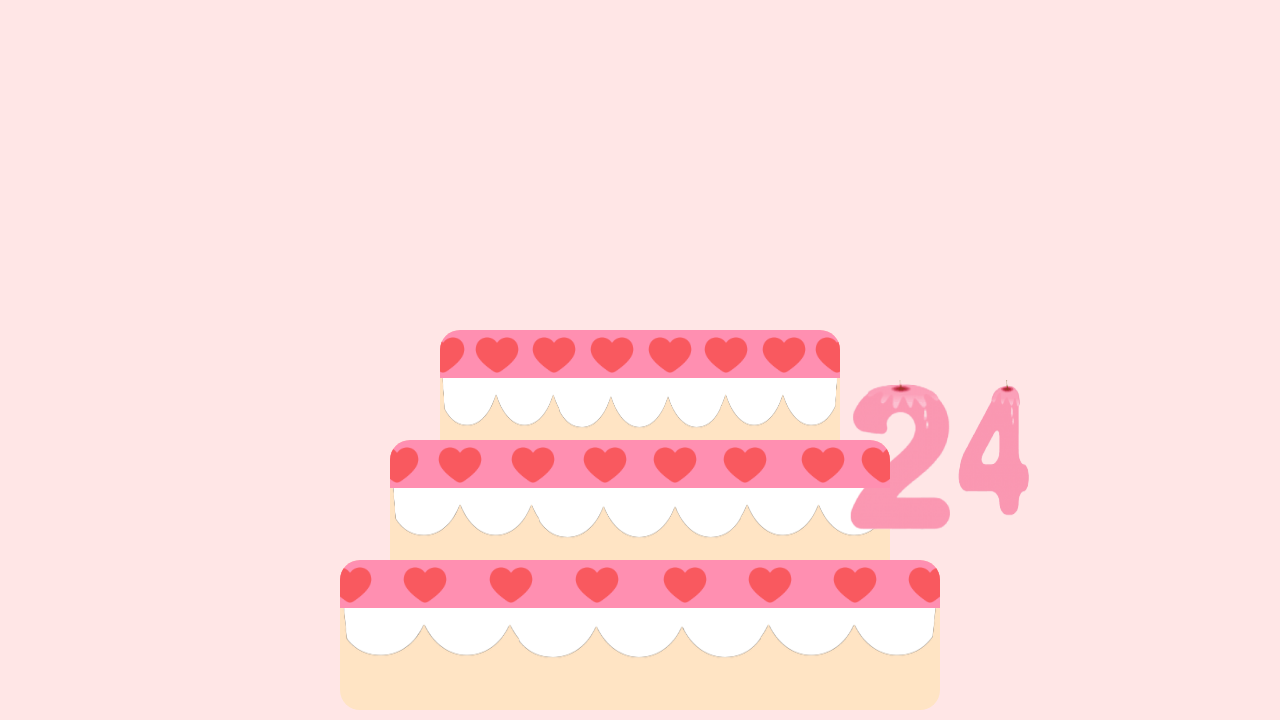
Repository: iphoneboy46/happybirthday
Page: index.html
These files come from the project's save history. The page is drawn as it stood at one moment and after the next save; the edit follows.
The browser window is 1280 px wide. The pictures show the whole page.

Above is the page before, as saved 2022-11-28 17:37:28.

After the next save:
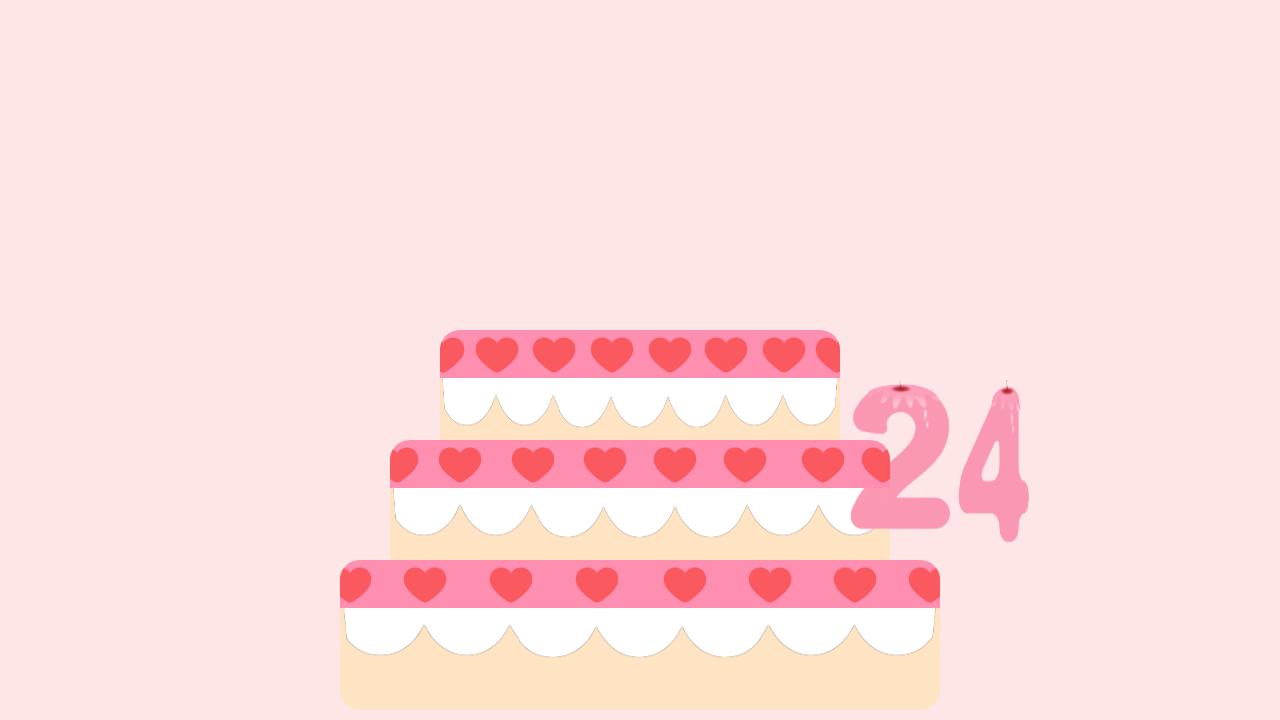
Saved 8 min 54 s later.
--- a/style.css
+++ b/style.css
@@ -460,7 +460,7 @@
 .number4{
     position: absolute;
     width: 100px;
-    height: 150px;
+    height: 180px;
     top: 380px;
     left: 950px;
 }
